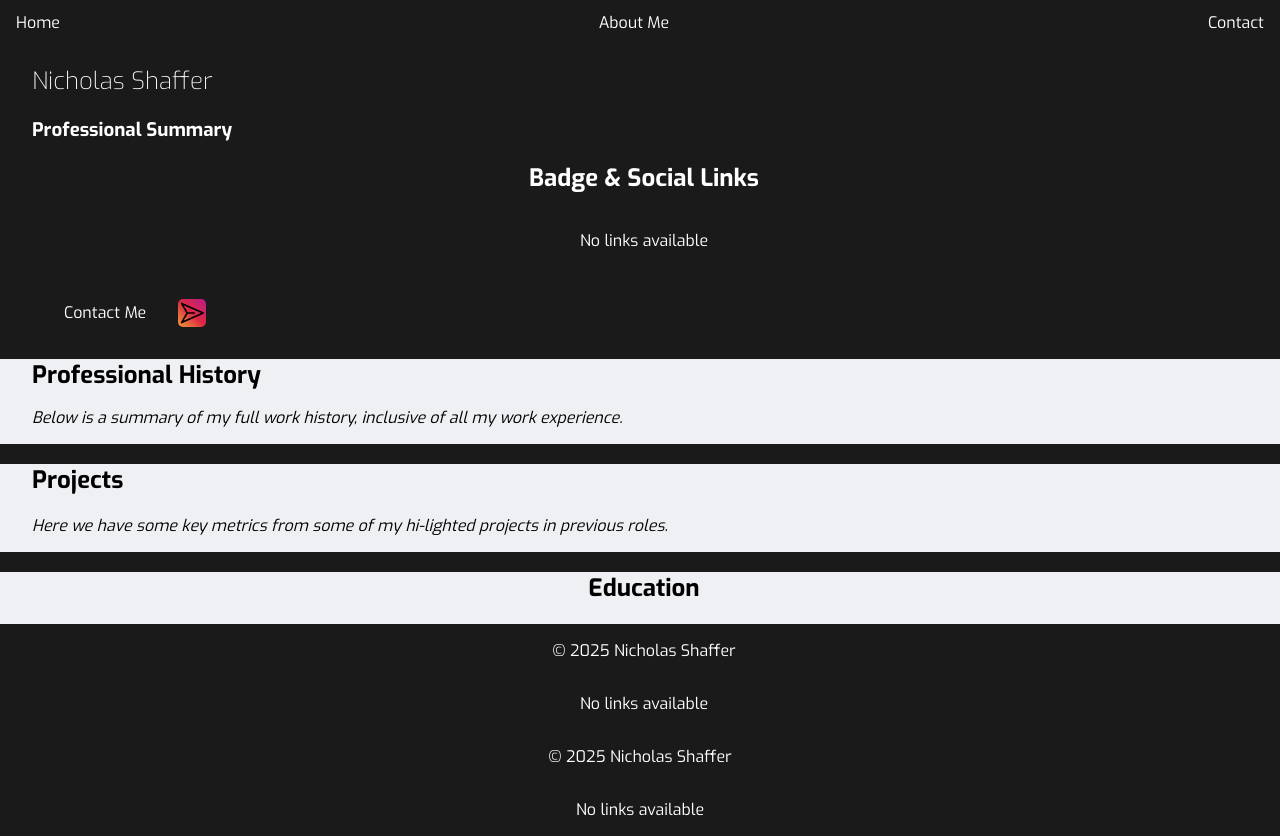
Repository: ShafferNick/nicholas_portfolio
Page: /
The author's editor kept a copy of each file at every save. The page is drawn from the files as they stood at one save, then again after the next save.
The browser window is 1280 px wide. The pictures show the whole page.
The page's requests for data from a server got no answer. The project was rebuilt for these pictures with package versions that can differ from the ones it lists, and the page was loaded fresh each time. The framework's server and built-in components were replaced by stand-ins that run in the browser. No one was signed in, and anything a server would have sent is missing. Also part of the build but not shown: next.config.ts.

Above is the page before, as saved 2025-03-19 13:32:14.

After the next save:
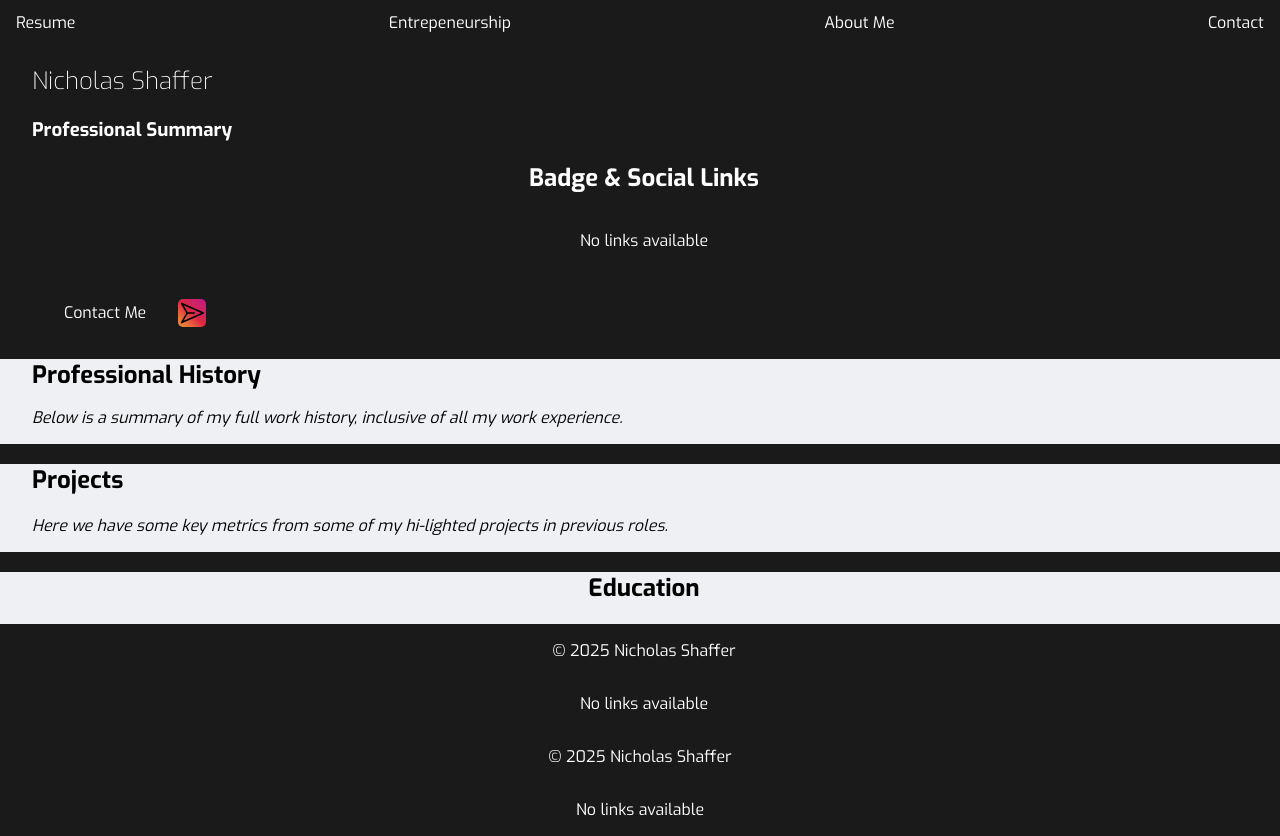
Saved 6 min 59 s later.
--- a/src/app/components/NavbarClient.tsx
+++ b/src/app/components/NavbarClient.tsx
@@ -16,7 +16,8 @@ export default function NavbarClient() {
       <div className="max-w-6xl mx-auto flex items-center justify-between px-8">
         {/* Desktop Menu Items */}
         <div className="hidden md:flex justify-between w-full desktop-menu">
-          <Link href="/" className="nav-link">Home</Link>
+          <Link href="/" className="nav-link">Resume</Link>
+          <Link href="/entrepeneurship" className="nav-link">Entrepeneurship</Link>
           <Link href="/about" className="nav-link">About Me</Link>
           <Link href="/contact" className="nav-link">Contact</Link>
         </div>
